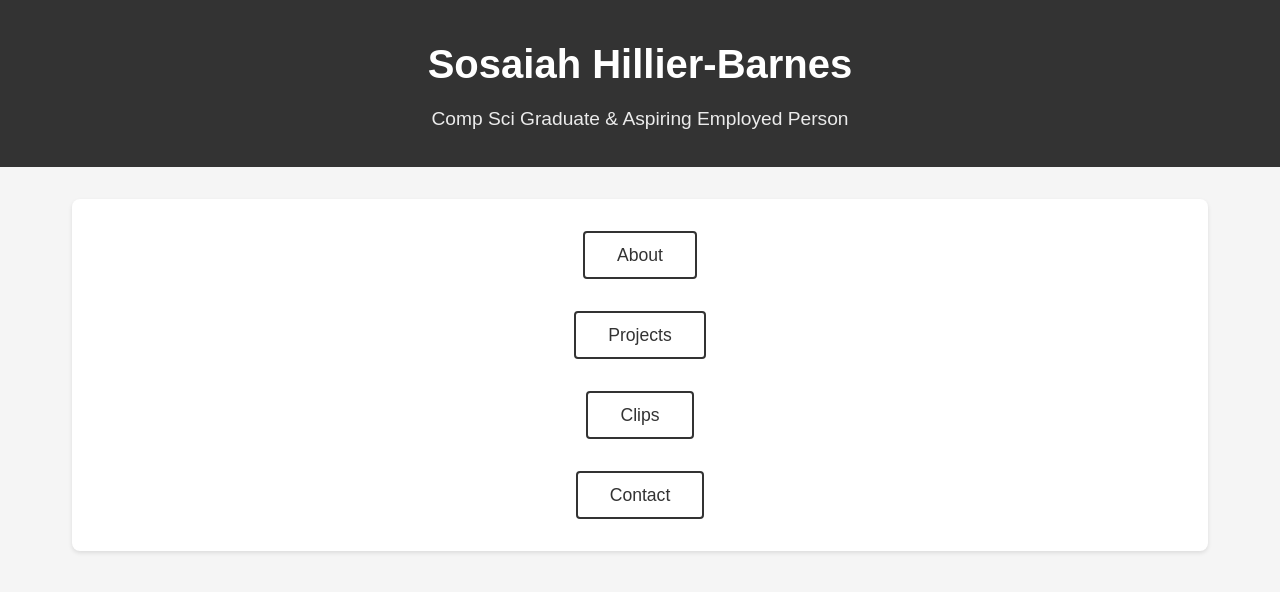
Repository: Hillier-Barnes/PortfolioWebsiteNew
Page: /
An editor plug-in stored every save of this project. The page is shown before and after a run of saves, followed by the edit.
The browser window is 1280 px wide. The pictures show the whole page.
The project was rebuilt for these pictures with package versions that can differ from the ones it lists, and the page was loaded fresh each time. Also part of the build but not shown: vite.config.js.

Above is the page before, as saved 2025-11-12 14:38:05.

### index.html
<!DOCTYPE html>
<html lang="en">
<head>
  <meta charset="UTF-8">
  <meta name="viewport" content="width=device-width, initial-scale=1">
  <title>My Portfolio</title>
  <link rel="stylesheet" href="styles.css">
</head>

<body>
  <header>
    <h1>Sosaiah Hillier-Barnes</h1>
    <p>Comp Sci Graduate &amp; Aspiring Employed Person</p>
  </header>

  <main class="container">
    <section class="projects" id="projects">
        <nav>
            <a href="#about">About</a>
            <a href="#projects">Projects</a>
            <a href="#clips">Clips</a>
            <a href="#contact">Contact</a>
          </nav>
    </section>
  </main>
</body>
</html>

### styles.css
/* Simple Reset */
* {
  margin: 0;
  padding: 0;
  box-sizing: border-box;
}

body {
  font-family: Arial, sans-serif;
  line-height: 1.6;
  color: #333;
  background-color: #f5f5f5;
}

/* Header */
header {
  background-color: #333;
  color: white;
  padding: 2rem;
  text-align: center;
}

header h1 {
  font-size: 2.5rem;
  margin-bottom: 0.5rem;
}

header p {
  font-size: 1.2rem;
  opacity: 0.9;
}

/* Container */
.container {
  max-width: 1200px;
  margin: 0 auto;
  padding: 2rem;
}

/* Navigation */
nav {
  display: flex;
  flex-direction: column;
  align-items: center;
  gap: 2rem;
  padding: 2rem;
  background-color: white;
  border-radius: 8px;
  box-shadow: 0 2px 4px rgba(0,0,0,0.1);
}


nav a {
  color: #333;
  text-decoration: none;
  font-size: 1.1rem;
  padding: 0.5rem 2rem;
  border: 2px solid #333;
  border-radius: 4px;
  transition: all 0.3s ease;
}

nav a:hover {
  background-color: #333;
  color: white;
}

/* Responsive */
@media (max-width: 768px) {
  header h1 {
    font-size: 2rem;
  }

  nav {
    flex-direction: column;
    gap: 1rem;
  }

  nav a {
    text-align: center;
  }
}

After the next 2 saves:
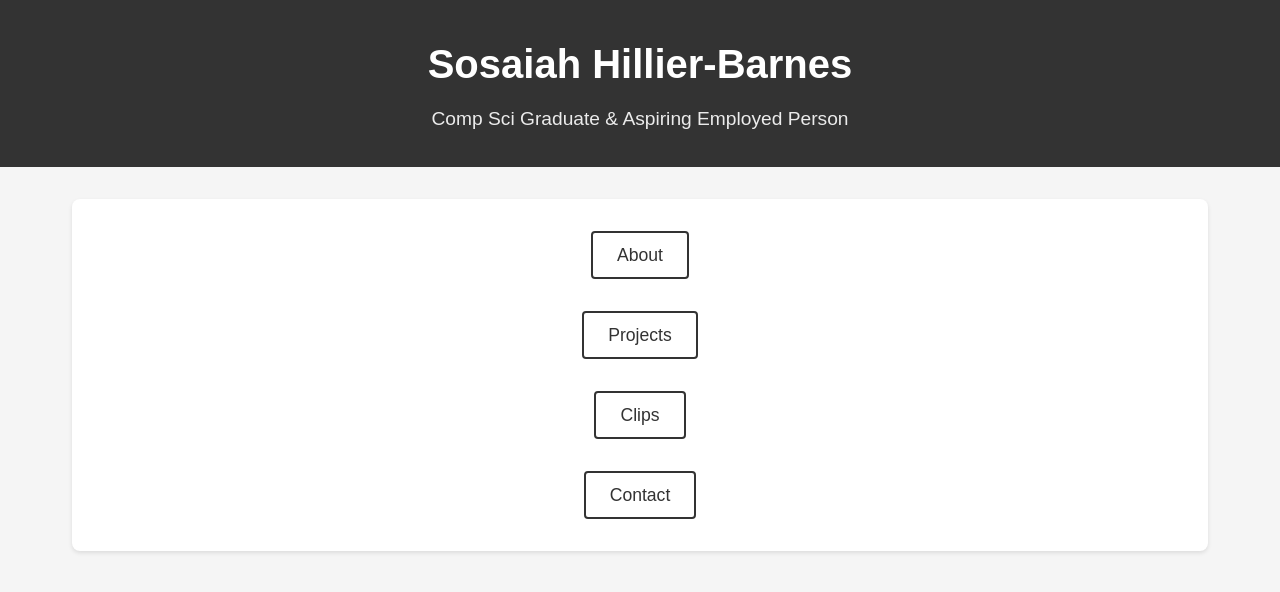
The 2 saves are shown as one change because they came seconds apart.
The last was saved 8 s later.
--- a/styles.css
+++ b/styles.css
@@ -54,7 +54,7 @@ nav a {
   color: #333;
   text-decoration: none;
   font-size: 1.1rem;
-  padding: 0.5rem 2rem;
+  padding: 0.5rem 1.5rem;
   border: 2px solid #333;
   border-radius: 4px;
   transition: all 0.3s ease;
